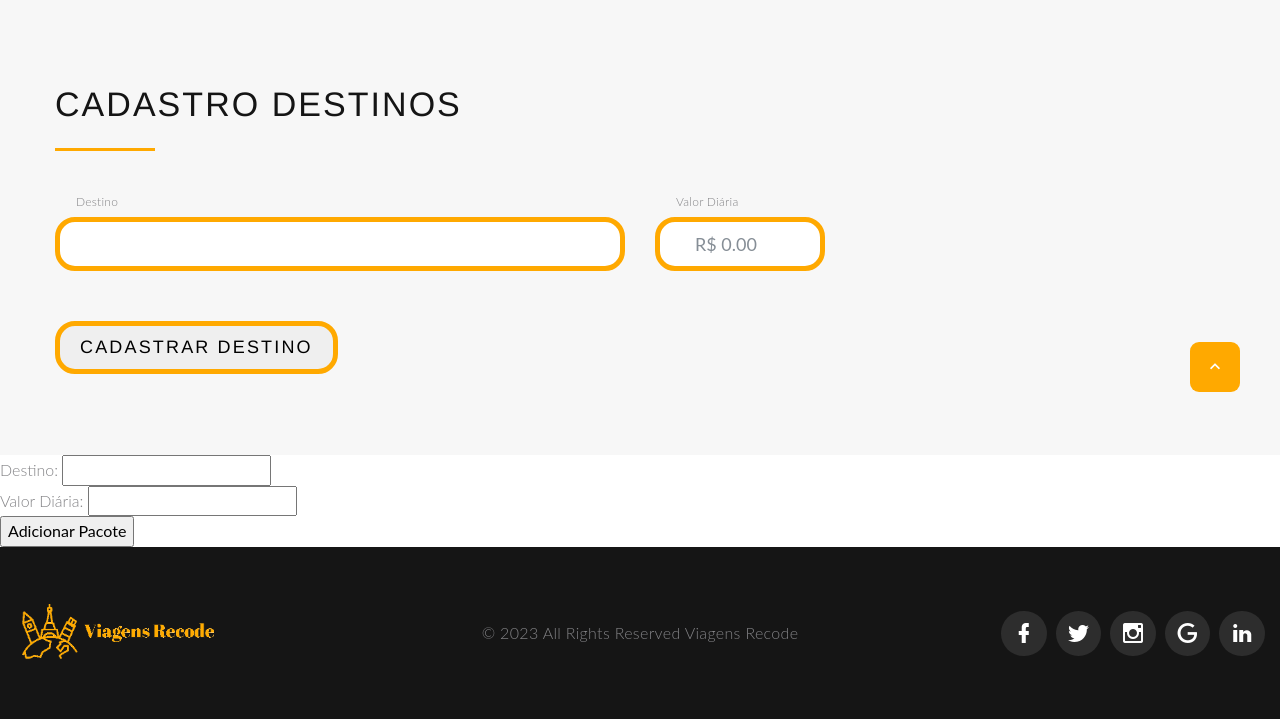
Repository: LiraS23/RecodePro2023-Modulo-4
Page: java/Modulo4/src/main/webapp/destinos.html
The author's editor kept a copy of each file at every save. The page is drawn from the files as they stood at one save, then again after the next save.
The browser window is 1280 px wide. The pictures show the part of the page from y = 388 to 1112 px (the page is 1107 px tall before and 1112 px after).
Some web fonts or font styles are not loaded; a fallback is used.

Above is the page before, as saved 2023-10-28 16:18:52.

After the next save:
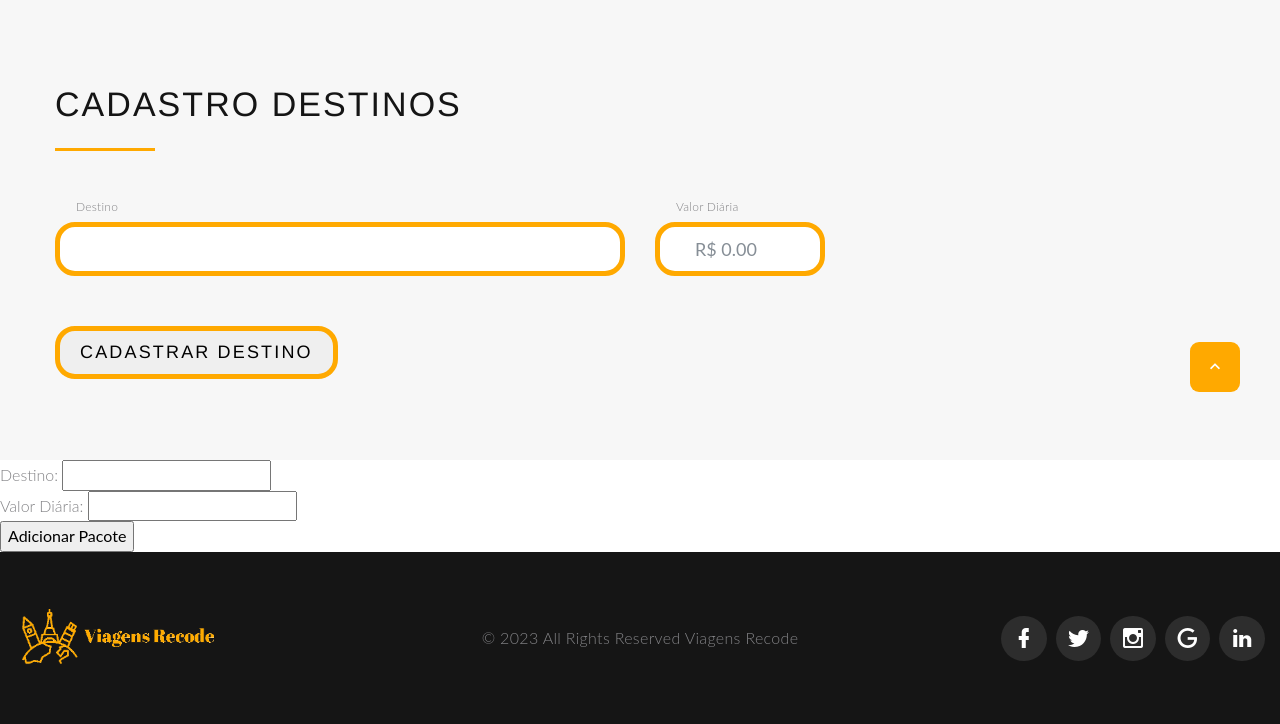
Saved 54 s later.
--- a/java/Modulo4/src/main/webapp/destinos.html
+++ b/java/Modulo4/src/main/webapp/destinos.html
@@ -83,6 +83,7 @@
 								<!-- RD Mailform-->
 								<form class="rd-mailform" data-form-output="form-output-global"
 									data-form-type="cadastro" method="post" action="/Modulo4/MeuPacoteServlet">
+									<input type="hidden" name="action" value="adicionar">
 									<div class="row row-fix row-20">
 										<div class="col-md-6">
 											<div class="form-wrap form-wrap-validation">
@@ -103,7 +104,6 @@
 										</div>
 										<div class="col-sm-12 offset-custom-1">
 											<div class="form-button">
-												<input type="hidden" name="action" value="adicionar">
 												<button class="btn btn-secondary"
 													style="border: 5px solid #FFA900; border-radius: 20px;"
 													type="submit" name="submitButton">Cadastrar Destino</button>
